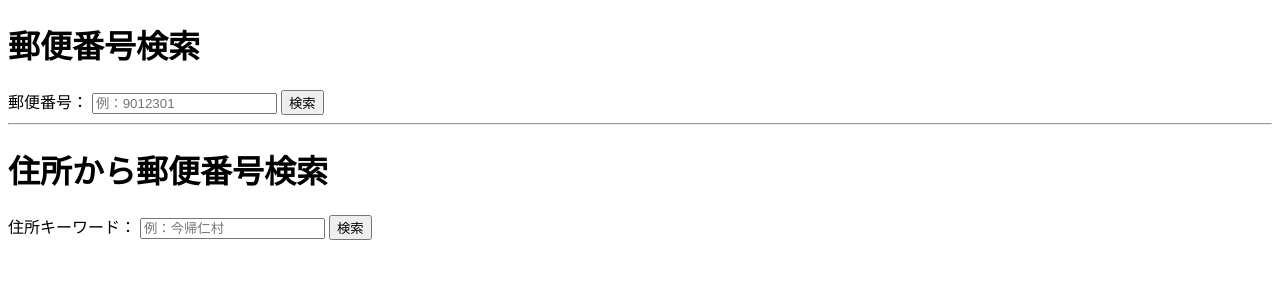
Repository: fkybiu0529-dot/zip-search-flask
Page: http://localhost/
The author's editor kept a copy of each file at every save. The page is drawn from the files as they stood at one save, then again after the next save.
The browser window is 1280 px wide. The pictures show the whole page.
The page is served by the project's application, run on Flask 3 (app.py).

Above is the page before, as saved 2026-01-30 16:16:54.

After the next save:
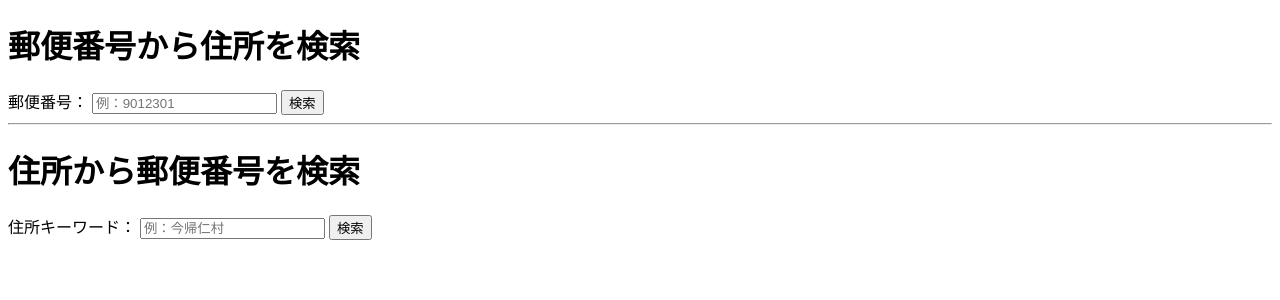
Saved 32 min 51 s later.
--- a/templates/index.html
+++ b/templates/index.html
@@ -5,22 +5,30 @@
     <title>郵便番号検索アプリ</title>
 </head>
 <body>
-    <h1>郵便番号検索</h1>
+    <h1>郵便番号から住所を検索</h1>
 
-    <form action="/zip" method="get">
+    <form action="/" method="get">
         <label>郵便番号：</label>
         <input type="text" name="zipcode" placeholder="例：9012301">
         <button type="submit">検索</button>
     </form>
 
+    {% if zip_result %}
+        <p><strong>結果：</strong> {{ zip_result }}</p>
+    {% endif %}
+
     <hr>
 
-    <h1>住所から郵便番号検索</h1>
+    <h1>住所から郵便番号を検索</h1>
 
-    <form action="/address" method="get">
+    <form action="/" method="get">
         <label>住所キーワード：</label>
         <input type="text" name="keyword" placeholder="例：今帰仁村">
         <button type="submit">検索</button>
     </form>
+
+    {% if address_result %}
+        <p><strong>結果：</strong><br>{{ address_result|safe }}</p>
+    {% endif %}
 </body>
 </html>
